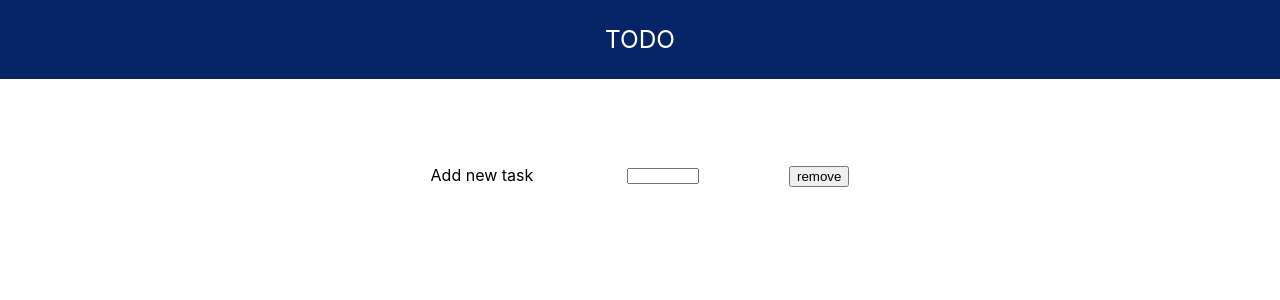
Repository: Shams97/Todo-app
Page: /
The author's editor kept a copy of each file at every save. The page is drawn from the files as they stood at one save, then again after the next save.
The browser window is 1280 px wide. The pictures show the whole page.
The project was rebuilt for these pictures with package versions that can differ from the ones it lists, and the page was loaded fresh each time.

Above is the page before, as saved 2021-06-26 20:33:57.

### src/App.js
import logo from './logo.svg';
import './App.css';

function App() {
  return (
    <div className="App">
      <header className="App-header">
            <p> TODO </p>
      </header>
        <div className="container">
          <label>Add new task </label> <input className="task_input"/>
          <button>remove</button>
        </div>
    </div>
  );
}

export default App;

### src/App.css
.App {
  text-align: center;
}

.App-logo {
  height: 40vmin;
  pointer-events: none;
}

.task_input {
  margin:7%;
  width:4rem;
  height:0.625rem;
}

@media (prefers-reduced-motion: no-preference) {
  .App-logo {
    animation: App-logo-spin infinite 20s linear;
  }
}

.App-header {
  background-color: #052566;
  min-height: 10vh;
  display: flex;
  flex-direction: column;
  align-items: center;
  justify-content: center;
  font-size: calc(10px + 2vmin);
  color: white;
}


@keyframes App-logo-spin {
  from {
    transform: rotate(0deg);
  }
  to {
    transform: rotate(360deg);
  }
}

Loaded but not shown: public/index.html (common file); src/index.js (common file); src/index.css (common file); src/reportWebVitals.js (common file)

After the next save:
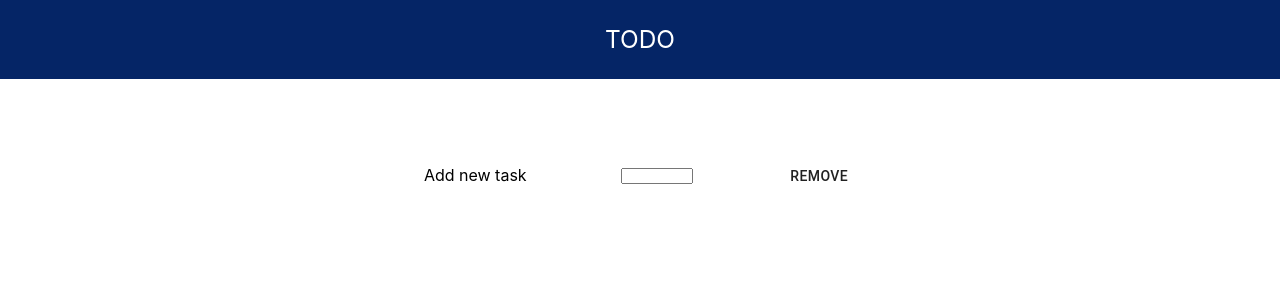
Saved 2 min 25 s later.
--- a/src/App.js
+++ b/src/App.js
@@ -1,5 +1,5 @@
-import logo from './logo.svg';
 import './App.css';
+import { Button } from '@material-ui/core';
 
 function App() {
   return (
@@ -9,7 +9,7 @@ function App() {
       </header>
         <div className="container">
           <label>Add new task </label> <input className="task_input"/>
-          <button>remove</button>
+          <Button>remove</Button>
         </div>
     </div>
   );
